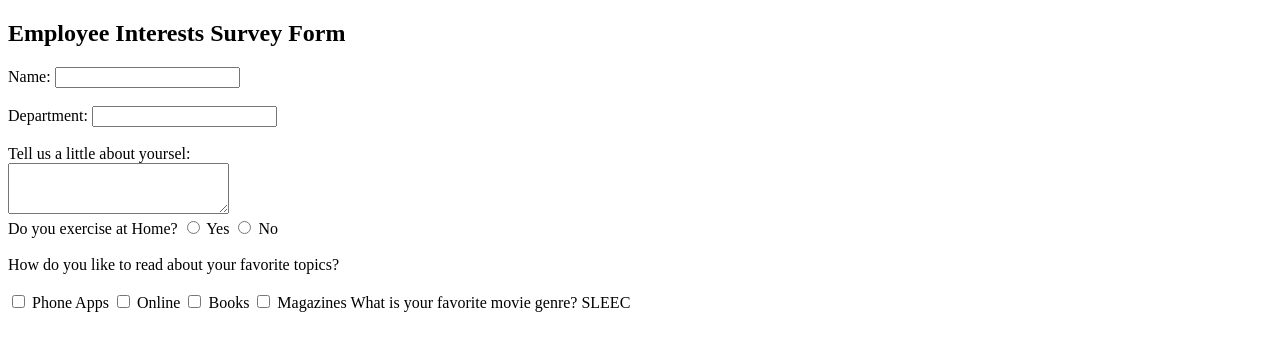
Repository: JoaoLemesDEV/Exercise-Survey-Form
Page: index.html
An editor plug-in stored every save of this project. The page is shown before and after the next save, followed by the edit.
The browser window is 1280 px wide. The pictures show the whole page.

Above is the page before, as saved 2021-10-10 18:30:05.

### index.html
<!DOCTYPE html>
<html lang="en">
<head>
  <meta charset="UTF-8">
  <meta http-equiv="X-UA-Compatible" content="IE=edge">
  <meta name="viewport" content="width=device-width, initial-scale=1.0">
  <title>Survey Form</title>
</head>
<body>
  <h2>Employee Interests Survey Form</h2>
  <label for="name">Name: </label>
  <input type="text" name="name" id=""><br><br>
  <label for="dep">Department:</label>
  <input type="text" name="dep" id=""><br><br>
  <label for="comment">Tell us a little about yoursel:</label><br>
  <textarea name="comment" id="comment" cols="25" rows="3"></textarea><br>
  <label for="question01">Do you exercise at Home?</label>
    <input type="radio" name="question01" id="question01">
      <label for="question01">Yes</label>
    <input type="radio" name="question01" id="question01">
      <label for="question01">No</label><br><br>
  <label for="">How do you like to read about your favorite topics?</label><br><br>
  <input type="checkbox" name="" id="">
    <label for="">Phone Apps</label>
  <input type="checkbox" name="" id="">
    <label for="">Online</label>
  <input type="checkbox" name="" id="">
    <label for="">Books</label>
  <input type="checkbox" name="" id="">
    <label for="">Magazines</label>
  <label for="">What is your favorite movie genre?</label>
  SLEEC
</body>
</html>

After the next save:
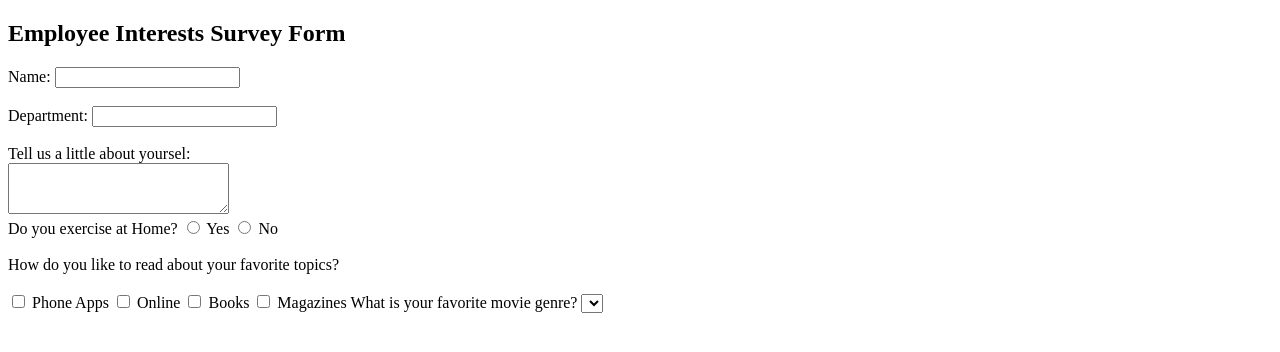
Saved 4 s later.
--- a/index.html
+++ b/index.html
@@ -29,6 +29,6 @@
   <input type="checkbox" name="" id="">
     <label for="">Magazines</label>
   <label for="">What is your favorite movie genre?</label>
-  SLEEC
+  <select name="" id=""></select>
 </body>
 </html>
